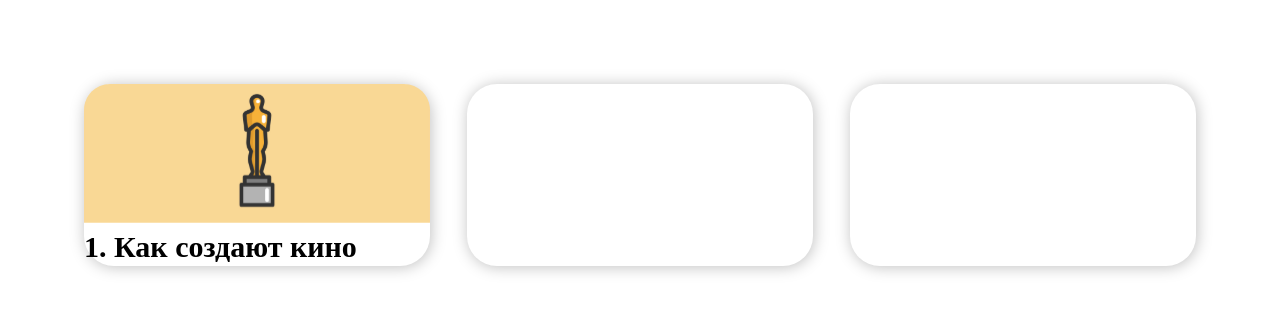
Repository: AytacSafarova/Grid-template
Page: index.html
An editor plug-in stored every save of this project. The page is shown before and after the next save, followed by the edit.
The browser window is 1280 px wide. The pictures show the whole page.

Above is the page before, as saved 2023-05-06 18:43:07.

After the next save:
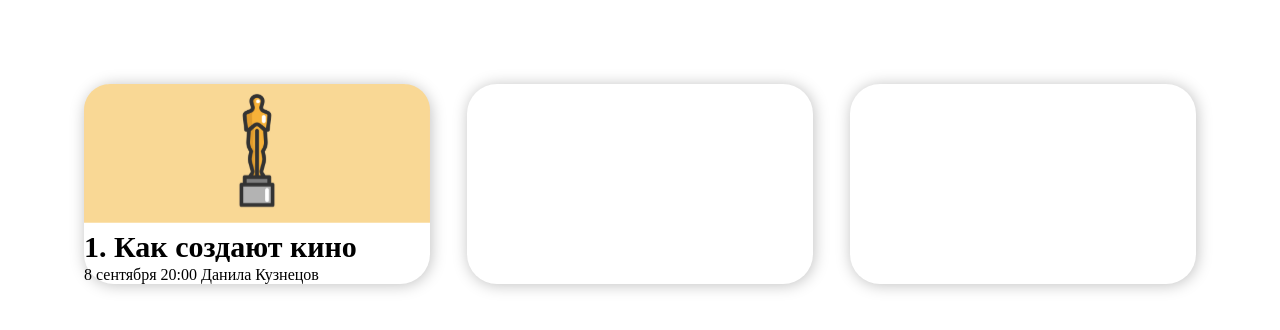
Saved 13 s later.
--- a/index.html
+++ b/index.html
@@ -23,6 +23,8 @@
                     </svg>
             </div>
             <h1>1. Как создают кино</h1>
+            <p>8 сентября 20:00
+                Данила Кузнецов</p>
 
         </div>
         <div class="card">
